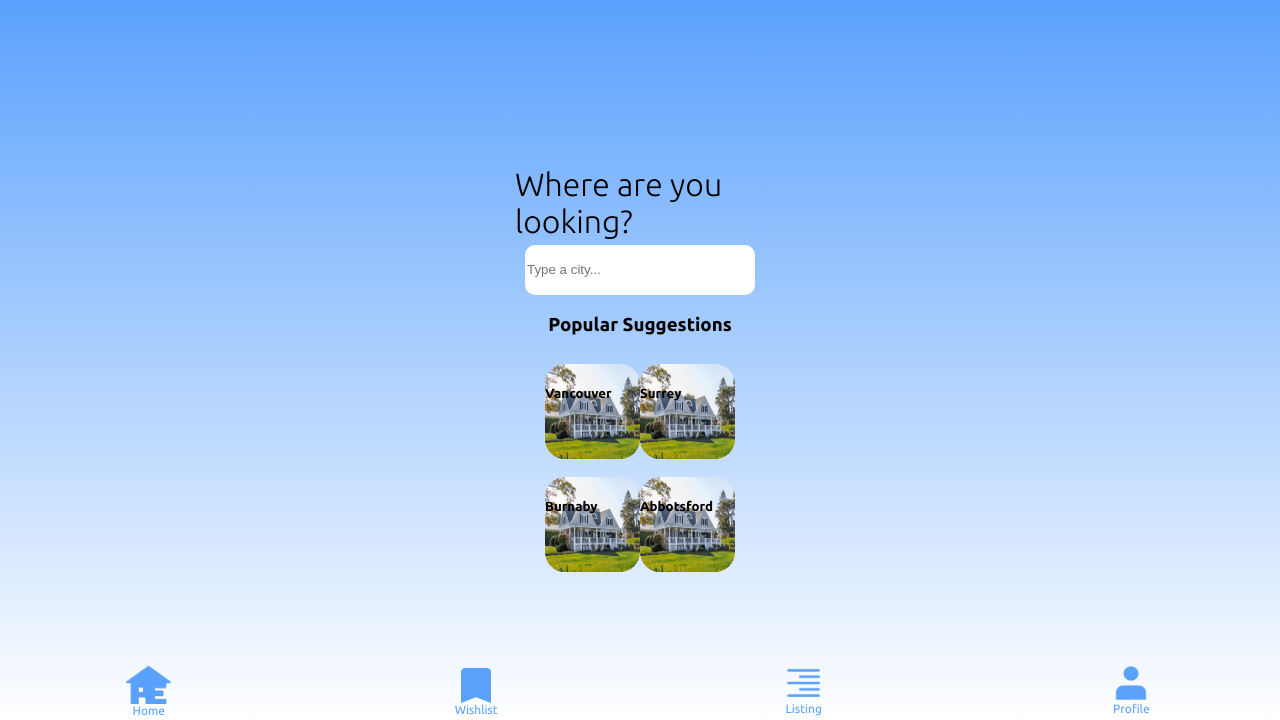
Repository: msyukurrr/realeasy
Page: /listing
An editor plug-in stored every save of this project. The page is shown before and after the next save, followed by the edit.
The browser window is 1280 px wide. The pictures show the whole page.
The project was rebuilt for these pictures with package versions that can differ from the ones it lists, and the page was loaded fresh each time. The framework's server and built-in components were replaced by stand-ins that run in the browser. Also part of the build but not shown: next.config.js, components/Button.js.

Above is the page before, as saved 2023-01-27 20:38:53.

After the next save:
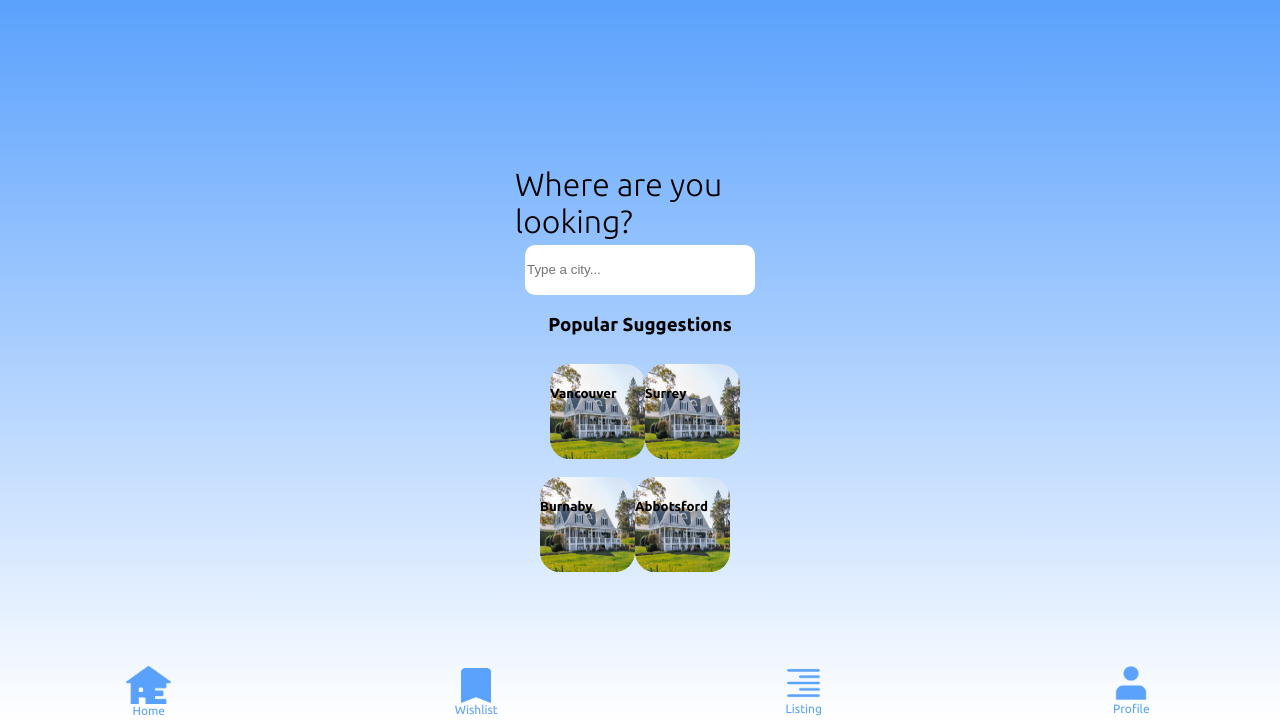
Saved 8 s later.
--- a/pages/listing.js
+++ b/pages/listing.js
@@ -20,7 +20,7 @@
 
     <div>
 
-        <div style={{display:'flex', flexDirection:'row', paddingTop:10, paddingBottom:15}}>
+        <div style={{display:'flex', flexDirection:'row', paddingTop:10, paddingBottom:15, paddingLeft:10}}>
             <div>
                 <h5 style={{display:'flex', position:'absolute'}}>Vancouver</h5>
                 <img src="house.png" style={{width:95, height:95, borderRadius:20}}/>

After the save that followed:
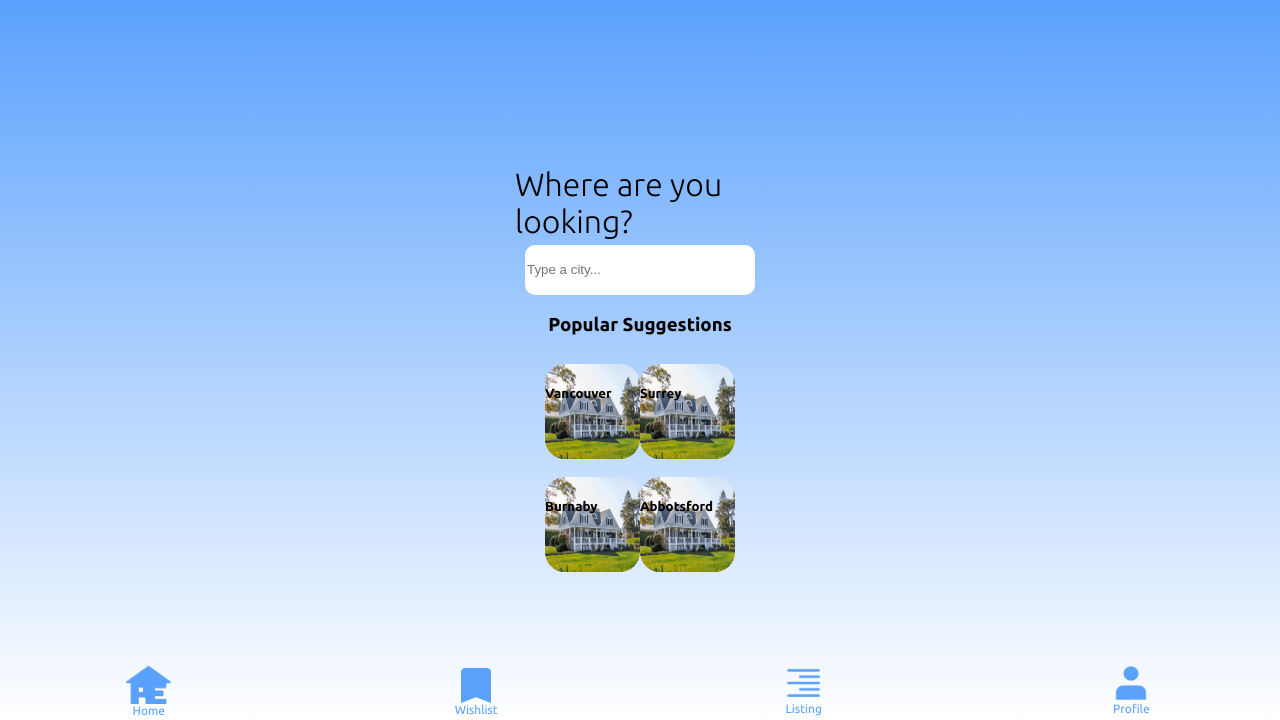
Saved 4 s later.
--- a/pages/listing.js
+++ b/pages/listing.js
@@ -20,7 +20,7 @@
 
     <div>
 
-        <div style={{display:'flex', flexDirection:'row', paddingTop:10, paddingBottom:15, paddingLeft:10}}>
+        <div style={{display:'flex', flexDirection:'row', paddingTop:10, paddingBottom:15}}>
             <div>
                 <h5 style={{display:'flex', position:'absolute'}}>Vancouver</h5>
                 <img src="house.png" style={{width:95, height:95, borderRadius:20}}/>
